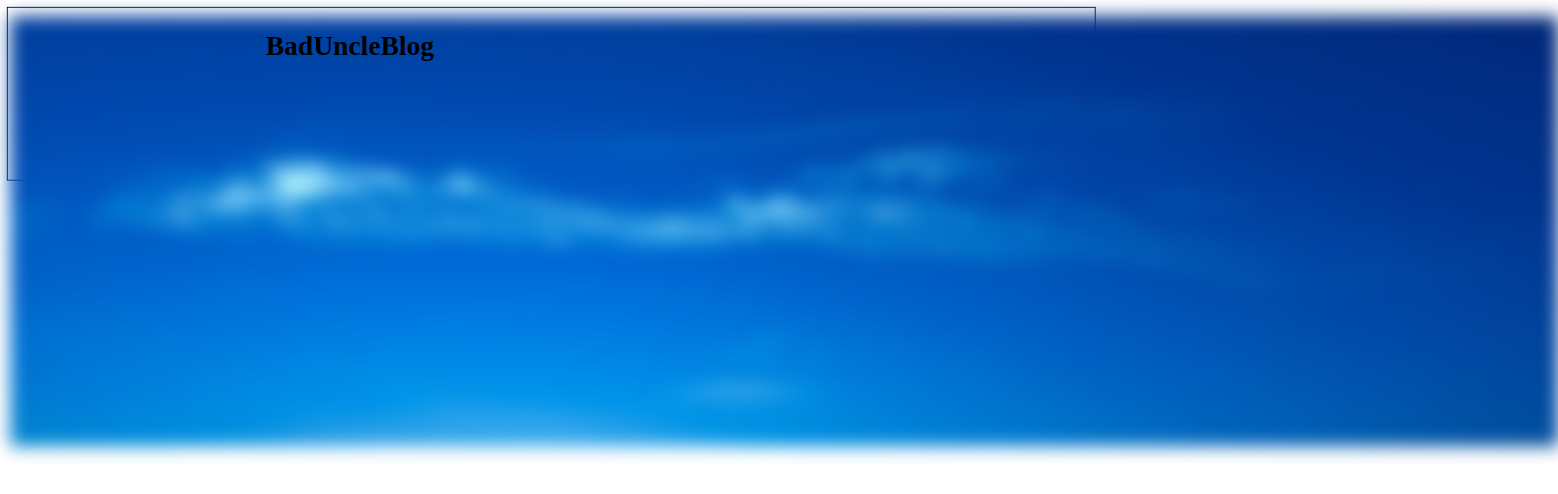
Repository: lidasi/monkeyLife
Page: http://localhost/monkeyLife/jsp/topbar.jsp
These files come from the project's save history. The page is drawn as it stood at one moment and after the next save; the edit follows.
The browser window is 1280 px wide. The page is 1812 px wide, so the pictures cover 1812 px, including what lies to the right of the window. The pictures show the whole page, at 86% of full size.
The page is served by Tomcat 9.

Above is the page before, as saved 2017-07-13 07:21:01.

### workSpeaces/monkeyLife/WebContent/css/top.css
@CHARSET "UTF-8";
#div-relative{position:relative;
	color:#000;
	border:1px solid #000;
	width:100%;
	height:200px}
#backgroundImage{
	position:absolute;
	border:1px;
	left:3px;
	top:10px;
/*    border: 1px solid #CCCCCC;
    padding:90px 5px 10px;*/
    background: url("../image/dock/backgroundImage.jpg") no-repeat;
    background-size: cover;
    -webkit-filter: blur(10px);
    -ms-filter: blur(10px);
    filter: progid:DXImageTransform.Microsoft.Blur(PixelRadius=10, MakeShadow=false);
    animation:mymove 5s infinite;
    -webkit-animation:mymove 5s infinite;
}
/* @keyframes mymove
{
    0%   {top:10px; background:url("../image/dock/backgroundImage.jpg"); position:absolute;}
    50% {top:10px; background:url("../image/dock/background_001.jpg"); position:absolute;}
    100% {top:10px; background:url("../image/dock/backgroundImage.jpg"); position:absolute;}
}

@-webkit-keyframes mymove
{
    0%   {top:0px; background:url("../image/dock/backgroundImage.jpg" position:absolute;);
    }
    50%   {top:0px; background:url("../image/dock/background_001.jpg" position:absolute;);
    }
    100% {top:0px; background:url("../image/dock/backgroundImage.jpg" position:absolute;);
    }
} */
#title{
	position:absolute; left:300px; top:5px; width: 300px; height: 100px;
}

Loaded but not shown: workSpeaces/monkeyLife/WebContent/jsp/topbar.jsp (common file); workSpeaces/monkeyLife/WebContent/js/jquery.min.js (library)

After the next save:
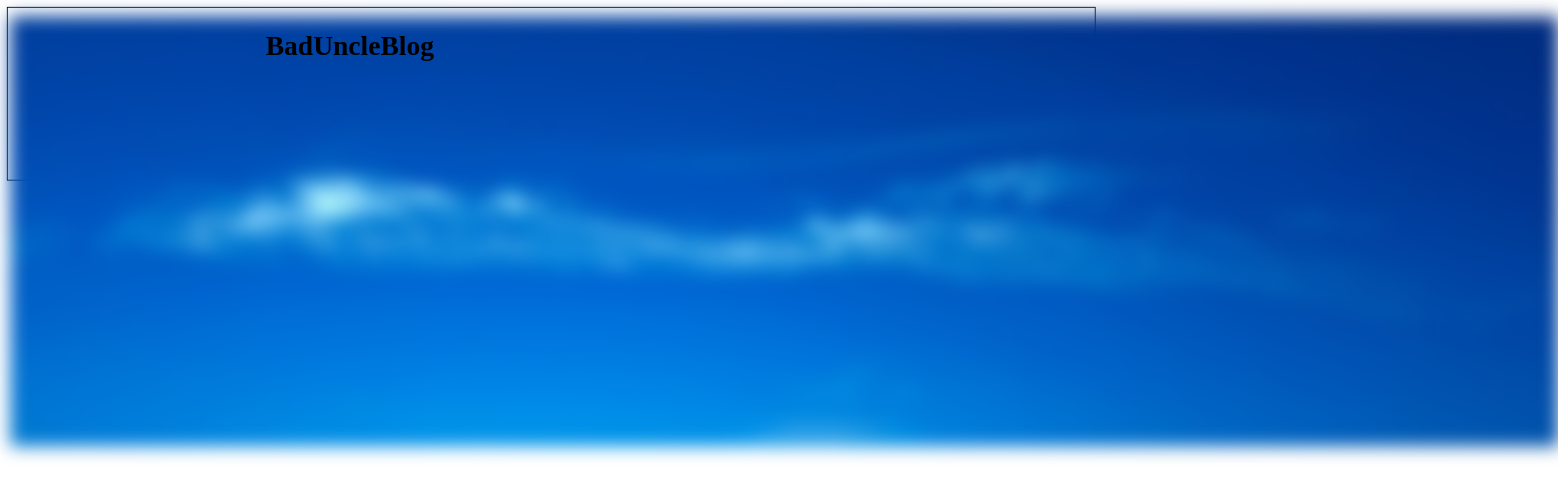
Saved 33 s later.
--- a/workSpeaces/monkeyLife/WebContent/css/top.css
+++ b/workSpeaces/monkeyLife/WebContent/css/top.css
@@ -19,7 +19,7 @@
     animation:mymove 5s infinite;
     -webkit-animation:mymove 5s infinite;
 }
-/* @keyframes mymove
+ @keyframes mymove
 {
     0%   {top:10px; background:url("../image/dock/backgroundImage.jpg"); position:absolute;}
     50% {top:10px; background:url("../image/dock/background_001.jpg"); position:absolute;}
@@ -34,7 +34,7 @@
     }
     100% {top:0px; background:url("../image/dock/backgroundImage.jpg" position:absolute;);
     }
-} */
+}
 #title{
 	position:absolute; left:300px; top:5px; width: 300px; height: 100px;
 }
